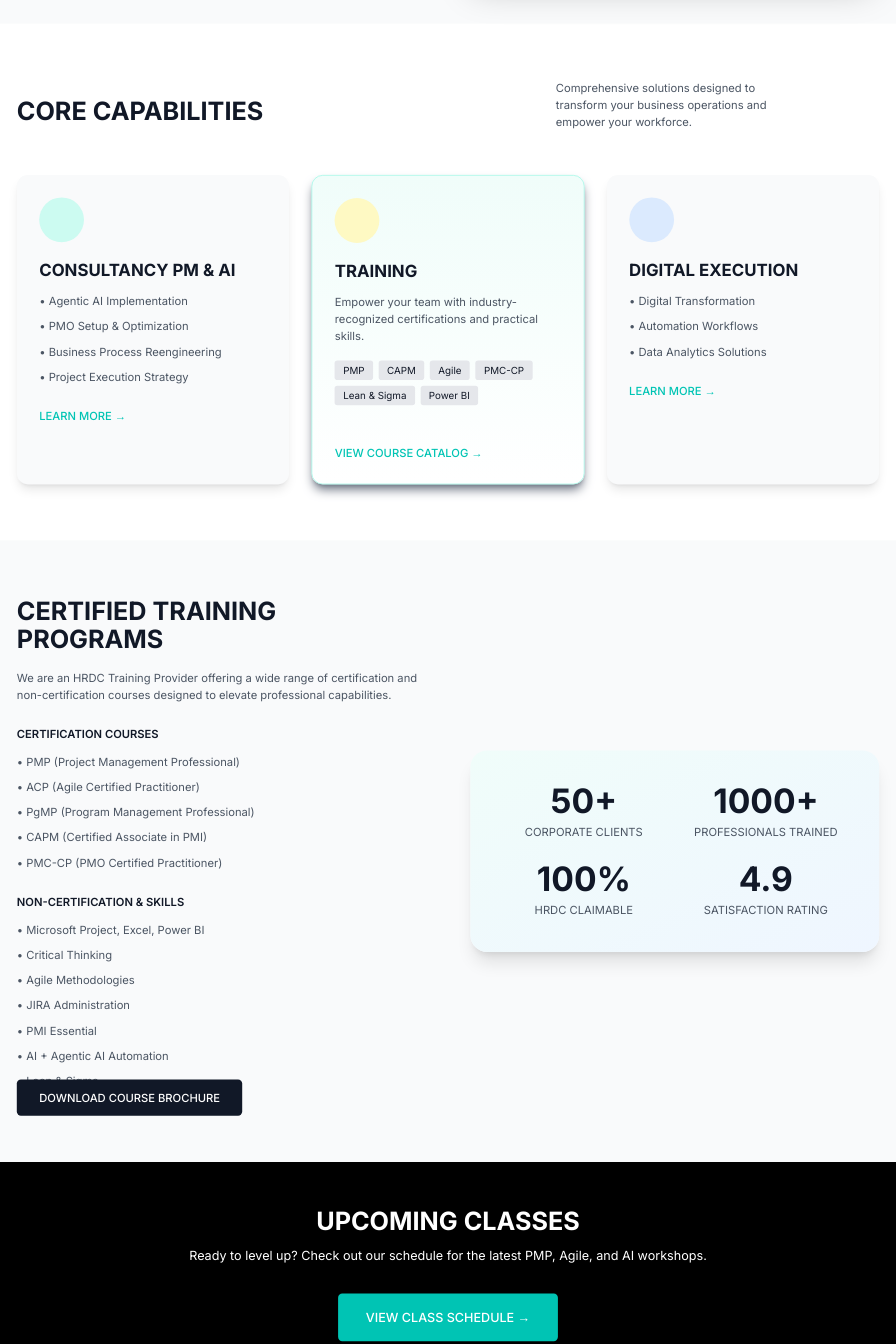
Repository: hsuntariq/web-pages
Page: impact/index.html
These files come from the project's save history. The page is drawn as it stood at one moment and after the next save; the edit follows.
The browser window is 1280 px wide. The pictures show the part of the page from y = 590 to 2510 px (the page is 4094 px tall before and 4093 px after), at 70% of full size.
Some web libraries are served in a nearby version.

Above is the page before, as saved 2025-12-28 20:24:58.

After the next save:
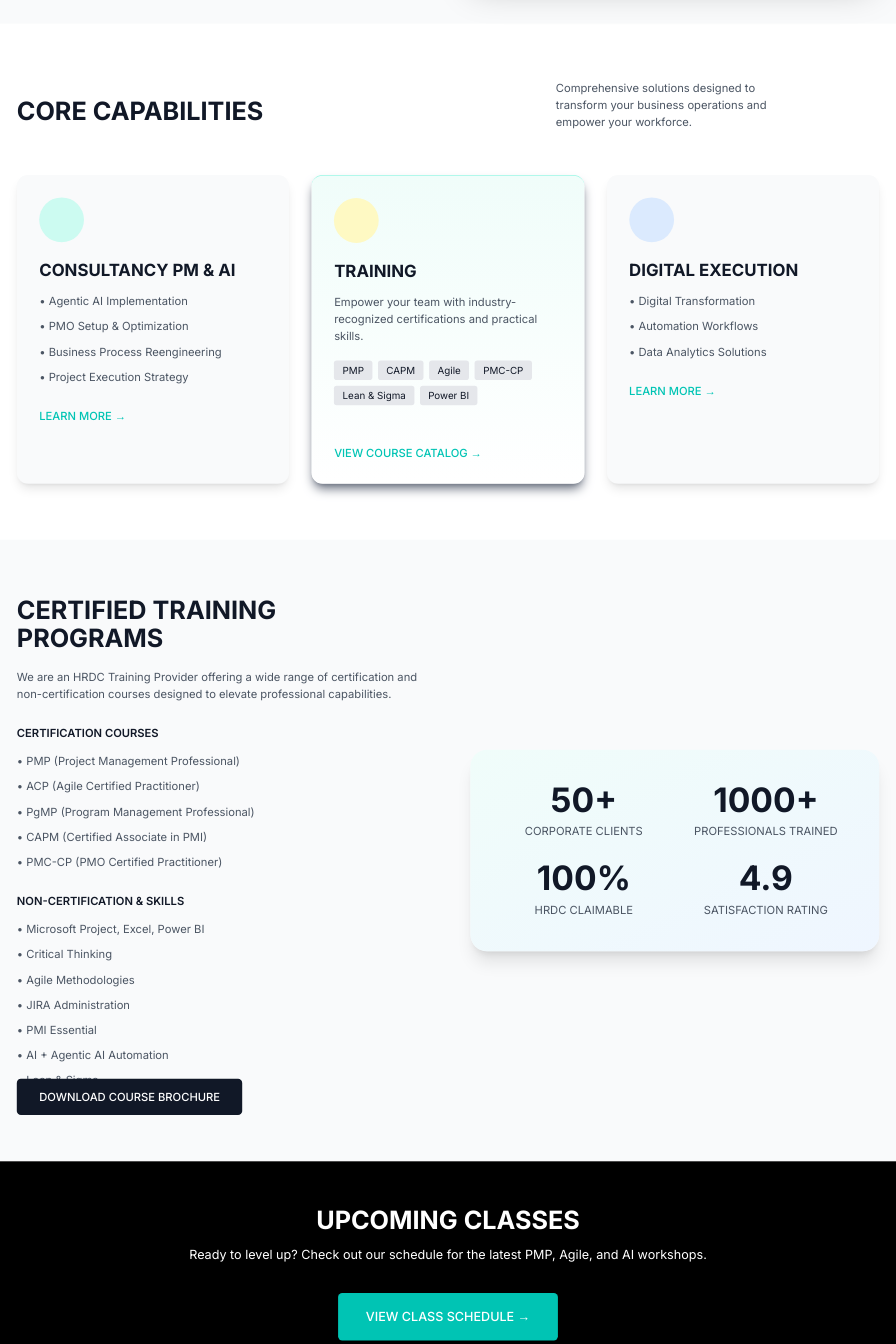
Saved 11 s later.
--- a/impact/index.html
+++ b/impact/index.html
@@ -146,7 +146,7 @@
           </div>
           <!-- Training -->
           <div
-            class="bg-gradient-to-b from-teal-50 to-white rounded-2xl shadow-2xl shadow-gray-500 p-8 shadow-lg border border-teal-200"
+            class="bg-gradient-to-b from-teal-50 to-white rounded-2xl shadow-2xl shadow-gray-500 border-e-0 border-s-0 border-b-0 p-8 shadow-lg border border-teal-200"
           >
             <div class="bg-yellow-100 w-16 h-16 rounded-full mb-6"></div>
             <h3 class="text-2xl font-bold mb-4">TRAINING</h3>
